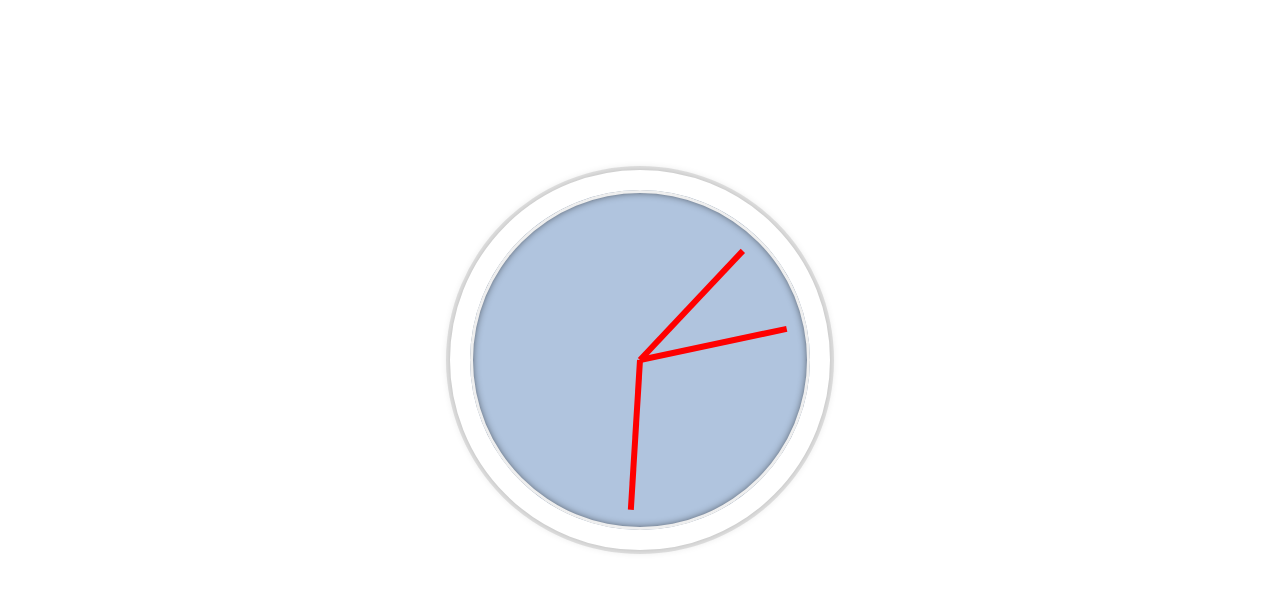
Repository: glgeorgiou/100-days-of-code-projects
Page: Javascript 30 Days/Day2 Clock/index.html
These files come from the project's save history. The page is drawn as it stood at one moment and after the next save; the edit follows.
The browser window is 1280 px wide. The pictures show the whole page.

Above is the page before, as saved 2020-04-23 18:01:20.

After the next save:
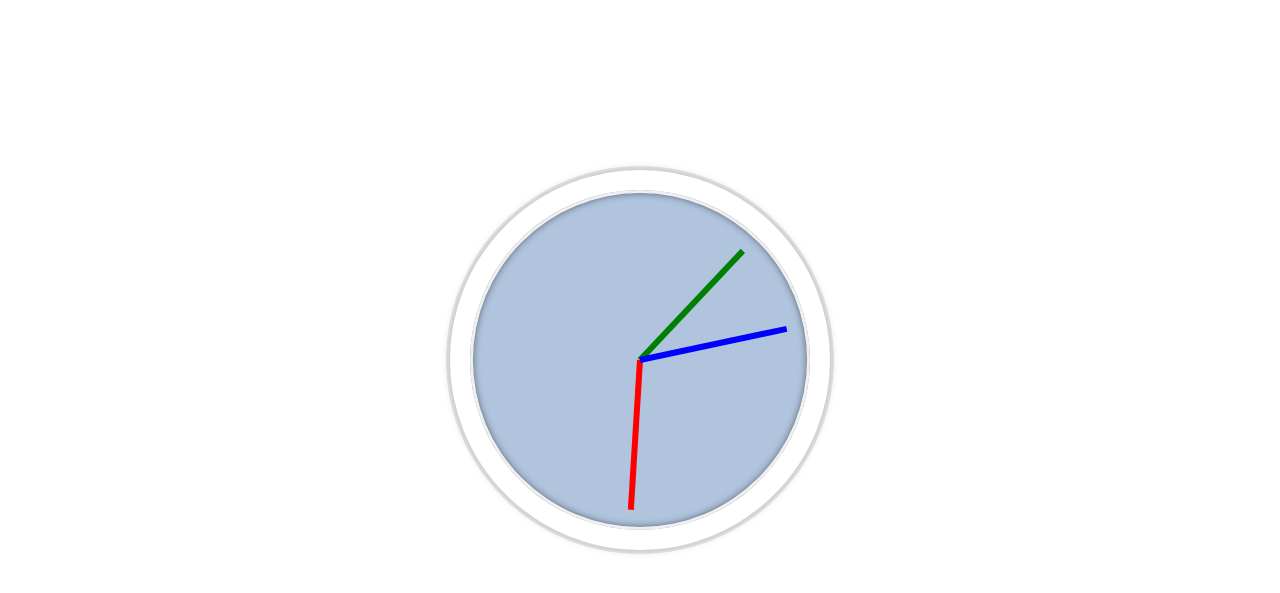
Saved 12 s later.
--- a/Javascript 30 Days/Day2 Clock/index.html
+++ b/Javascript 30 Days/Day2 Clock/index.html
@@ -69,8 +69,8 @@
     }
 
     .hour-hand {background-color: red;}
-    .min-hand {background-color: red;}
-    .second-hand {background-color: red;}
+    .min-hand {background-color: green;}
+    .second-hand {background-color: blue;}
 
   </style>
 
